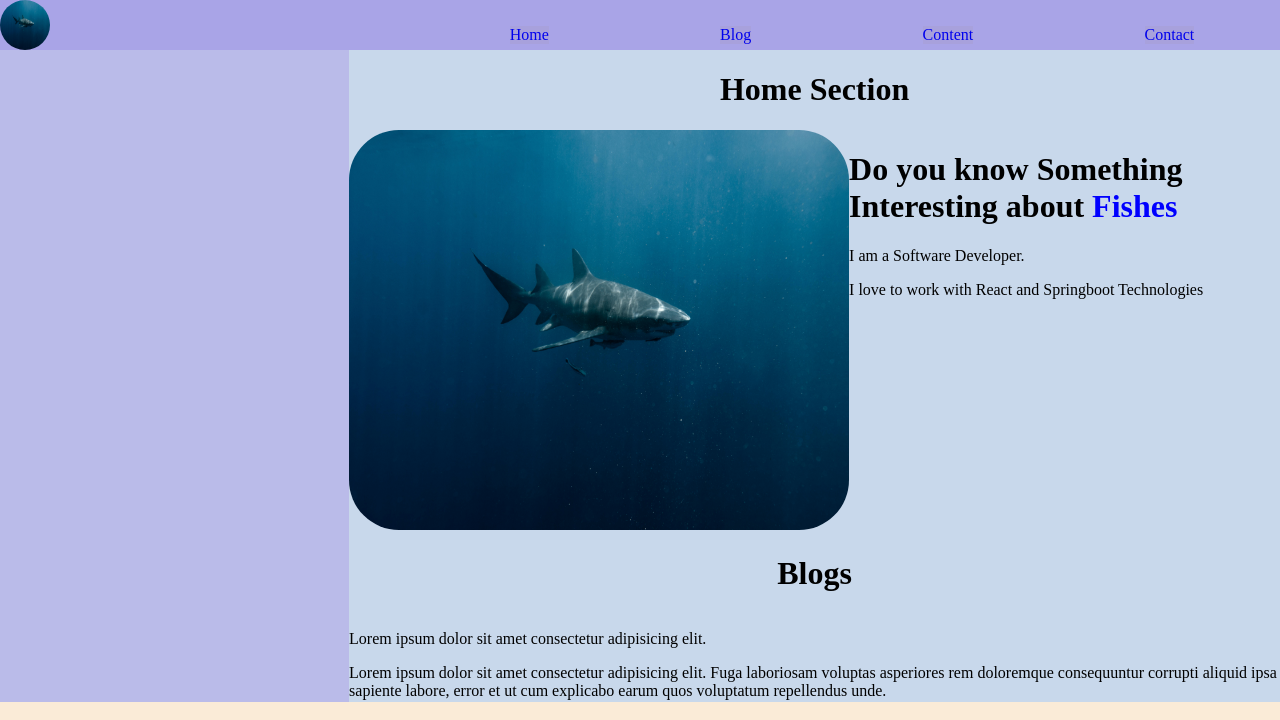
Repository: purnimapatel/fish-world
Page: index.html
These files come from the project's save history. The page is drawn as it stood at one moment and after the next save; the edit follows.
The browser window is 1280 px wide. The pictures show the whole page.
An inner scrolling area shows only its first screen.

Above is the page before, as saved 2024-08-25 15:41:25.

### index.html
<!DOCTYPE html>
<html lang="en">
<head>
    <meta charset="UTF-8">
    <meta name="viewport" content="width=device-width, initial-scale=1.0">
    <title>Document</title>
    <link  rel = "stylesheet" type = "text/css" href = "style.css"/>

    <!-- <link rel="stylesheet" type="text/css" href="styles.css"> -->

</head>
<body>
    <div class=" container">
        <div class = "navbar">
            <div id="logo">
                <a href="https://www.google.com/" target=" _blank"><img  id = "img1"src = "\img\image1.jpg"></a>
            </div>
            <div id = "list-content">
                <ul id="list">
                    <a href="#home"><li>Home</li></a>
                    <a href ="#blog"><li>Blog</li></a>
                    <a href="#content"><li>Content</li></a>
                    <a href="#contact"><li>Contact</li></a>
                </ul>
            </div>

        </div>
        <div class="lower">
        <div class ="leftPanel">
        </div>
        <div class = "mainBody">
            <div id="home">
                <div id = "header">
                    <h1> Home Section</h1>
                </div>
               <div id = "home-content">

                <div id = "image">
                    <img  id = "mainImg"src ="img/image1.jpg">
                   </div>
                   <div id = "about">
                    <h1>Do you know Something Interesting about<span> Fishes</span></h1>
                    <p>I am a Software Developer.</p>
                    <p>I love to work with React and Springboot Technologies</p>
                   </div>
               </div>



            </div>
            <div id ="blog">
                <div id = "header">
                    <h1> Blogs</h1>
                </div>
                <p>Lorem ipsum dolor sit amet consectetur adipisicing elit.
                    <p>Lorem ipsum dolor sit amet consectetur adipisicing elit. Fuga laboriosam voluptas asperiores rem doloremque consequuntur corrupti aliquid ipsa sapiente labore, error et ut cum explicabo earum quos voluptatum repellendus unde.</p>
                    <p>Lorem ipsum dolor sit amet consectetur adipisicing elit. Fuga laboriosam voluptas asperiores rem doloremque consequuntur corrupti aliquid ipsa sapiente labore, error et ut cum explicabo earum quos voluptatum repellendus unde.</p>
                    <p>Lorem ipsum dolor sit amet consectetur adipisicing elit. Fuga laboriosam voluptas asperiores rem doloremque consequuntur corrupti aliquid ipsa sapiente labore, error et ut cum explicabo earum quos voluptatum repellendus unde.</p>
                    <p>Lorem ipsum dolor sit amet consectetur adipisicing elit. Fuga laboriosam voluptas asperiores rem doloremque consequuntur corrupti aliquid ipsa sapiente labore, error et ut cum explicabo earum quos voluptatum repellendus unde.</p>
                    <p>Lorem ipsum dolor sit amet consectetur adipisicing elit. Fuga laboriosam voluptas asperiores rem doloremque </p>
                </div>
                <div id="content">
                    <div id = "header">
                        <h1> Content</h1>
                    </div>
                    <p>Lorem ipsum dolor sit amet consectetur adipisicing elit. Fuga laboriosam voluptas asperiores rem doloremque consequuntur corrupti aliquid ipsa sapiente labore, error et ut cum explicabo earum quos voluptatum repellendus unde.</p>
                    <p>Lorem ipsum dolor sit amet consectetur adipisicing elit. Fuga laboriosam voluptas asperiores rem doloremque consequuntur corrupti aliquid ipsa sapiente labore, error et ut cum explicabo earum quos voluptatum repellendus unde.</p>
                    <p>Lorem ipsum dolor sit amet consectetur adipisicing elit. Fuga laboriosam voluptas asperiores rem doloremque consequuntur corrupti aliquid ipsa sapiente labore, error et ut cum explicabo earum quos voluptatum repellendus unde.</p>
                    <p>Lorem ipsum dolor sit amet consectetur adipisicing elit. Fuga laboriosam voluptas asperiores rem doloremque </p>

                </div>
                <div id="contact">
                    <div id = "header">
                        <h1>Contact US</h1>
                    </div>
                    <div id = contact-form>
                    <form>
                        <div>
                            <Label>Name</Label>
                            <div >
                                <input class = "input" id = "name" type ="text" placeholder="Enter Your name here">
                            </div>

                        </div>
                        <div>
                            <Label>Email</Label>
                            <div >
                                <input class = "input" id = "email" type ="text" placeholder="Enter Your email here">
                                <p class = "hidden" id = "para">Please enter valid email</p>
                            </div>

                        </div>
                        <div>
                            <Label>Password</Label>
                            <div >
                                <input class = "input" id = "password" type ="password" placeholder="Enter Your password here">
                            </div>

                        </div>
                        <div>
                            <Label>Confirm Password</Label>
                            <div >
                                <input class = "input" id = "cpassword" type ="password" placeholder="Re-enter Your password here">
                            </div>

                        </div>
                        <div id = "btn">
                            <input id ="sub" type ="submit" value ="Submit"onclick="validateEmail(); emptyInput();">
                            </div>


                    </form>
                    </div>

                </div>




        </div>
    </div>
    </div>
    <script src = "index.js"></script>
</body>
</html>

### style.css
body{
   margin: 0;
   padding:0;
   display: flex;
   height:100vh;
   align-items: center;
   justify-content: center;
}
.container{
    height: 100vh;
    width:100vw;
    background-color:antiquewhite;

}
.navbar{
    width:100vw;
    height:50px;
    background-color:rgb(169, 164, 231);
    margin-bottom: 0;
    display: flex;
    justify-content: space-between;

}
.lower{
    display: flex;
}
.leftPanel{
    margin-top: 0px;
    width:30%;
    height:90.5vh;
    background-color:rgb(186, 187, 233);
}
.mainBody{
    background-color:rgb(200, 216, 235);
    height: 90.5vh;
    width:80%;
    overflow: scroll;

}
#img1{
    height: 50px;
    width:50px;
    background-size: cover;
    border-radius: 50px;
    cursor:pointer;

}
#list{
    display: flex;
    padding-top: 10px;
    list-style-type: none;
    justify-content: space-around;
}
#list li{
    cursor: pointer;
    background-color:rgba(158, 139, 139, 0.119)
}
#list-content{
    width: 70%
}
a{
    text-decoration: none;
}
#header {
    display: flex;
    justify-content: center;
    align-items:center;
}
#contact-form{
    display: flex;
    justify-content: center;
    align-items:center;
}

#btn{
    display: flex;
    justify-content: center;
    align-items:center;

}

#para{
    color:red;
}
.hidden{
    display: none;
}
.input{
    padding:10px;
    margin:5px;
    border:none;
    border-radius: 20px;
}
#sub{
    padding:10px 20px;
    margin-top: 10px;

    background-color:antiquewhite;
    color:blueviolet;
    border:none;
    border-radius: 5px;
    cursor: pointer;
}
#home-content{
    display: flex;
}
/* #about{
    display: flex;
    justify-content: center;
    align-items: center;
    flex-direction: column;
} */
span{
    color:blue;
}
#home-content{
    justify-content: space-between;
}
#mainImg{
    height: 400px;
    width:500px;
    background-size: cover;
    border-radius: 50px;
}

### index.js
const email = document.getElementById("email");
const password = document.getElementById("password");
const cpassword = document.getElementById("cpassword");
const message = document.getElementById("para");
let nameVal= document.getElementById("name");
let emailVal = document.getElementById("email");
let passwordVal = document.getElementById("password");
let cpasswordVal = document.getElementById("cpassword");

function validateEmail(){
    const emailFormat=/^[a-zA-Z0-9._%+-]+@[a-zA-Z0-9.-]+\.[a-zA-Z]{2,}$/;
    const val = email.value;
    if(emailFormat.test(val)){
        message.classList.add("hidden");
    }
    else{
        message.classList.remove("hidden");
    }
}
function emptyInput(){
    nameVal.value = "";
    emailVal.value="";
    passwordVal.value="";
    cpasswordVal.value = "";

}

After the next save:
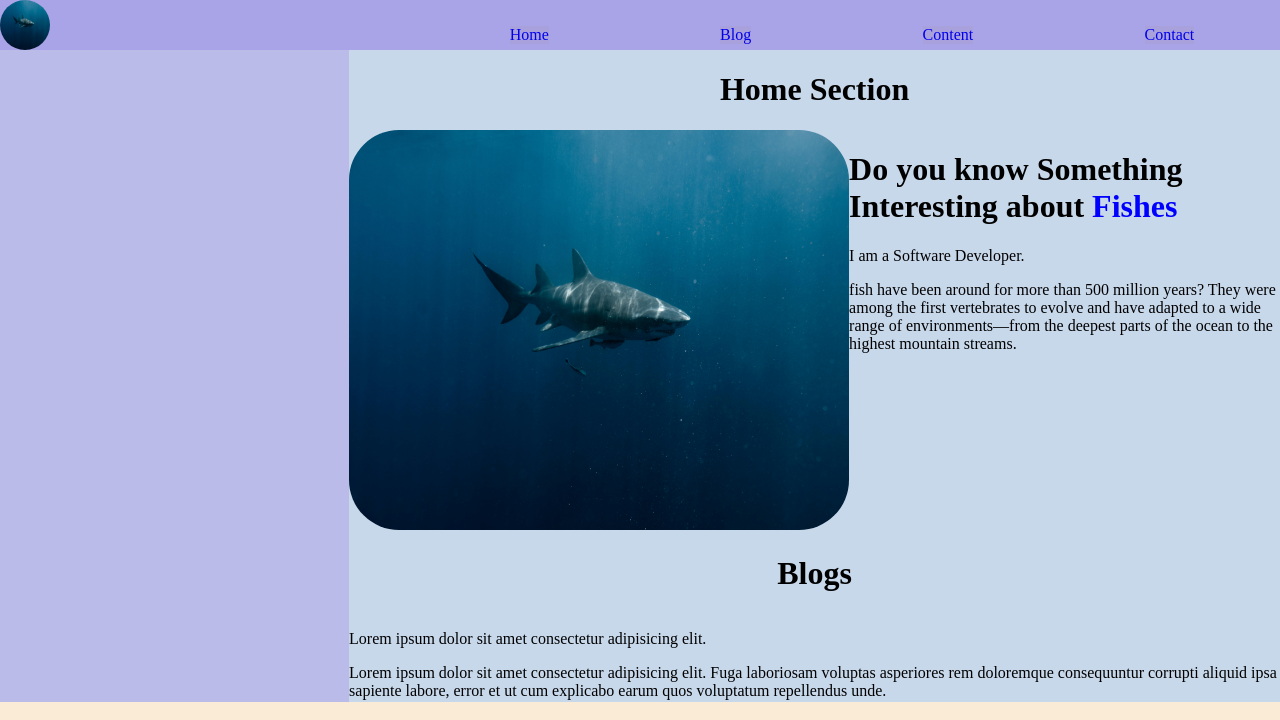
Saved 51 s later.
--- a/index.html
+++ b/index.html
@@ -41,7 +41,7 @@
                    <div id = "about">
                     <h1>Do you know Something Interesting about<span> Fishes</span></h1>
                     <p>I am a Software Developer.</p>
-                    <p>I love to work with React and Springboot Technologies</p>
+                    <p> fish have been around for more than 500 million years? They were among the first vertebrates to evolve and have adapted to a wide range of environments—from the deepest parts of the ocean to the highest mountain streams.</p>
                    </div>
                </div>
 
